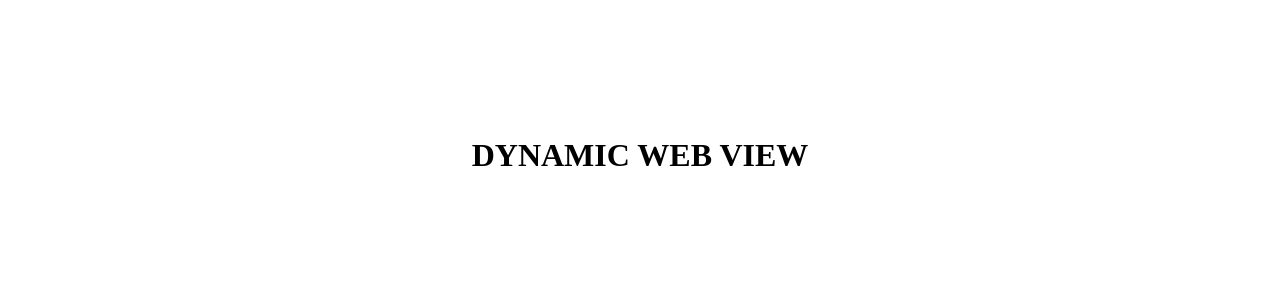
Repository: Ajay12Ajay/Advance_Java
Page: http://localhost/Advance_Web_Project/index.jsp
The author's editor kept a copy of each file at every save. The page is drawn from the files as they stood at one save, then again after the next save.
The browser window is 1280 px wide. The pictures show the whole page.
The page is served by Tomcat 9. Other server files are loaded and not shown.

Above is the page before, as saved 2025-07-23 09:22:22.

### Advance_Java/Advance_Web_Project/WebContent/index.jsp
<%@ page language="java" contentType="text/html; charset=UTF-8"
	pageEncoding="UTF-8"%>
<!DOCTYPE html>
<html>
<head>
<meta charset="UTF-8">
<title>Dynamic Web View</title>
</head>

<body>
	<div align="center">
		<br></br> <br></br> <br></br> <a href="UserRegistrationClt"></a>
		<h1>DYNAMIC WEB VIEW</h1>
	</div>
</body>
</html>

After the next save:
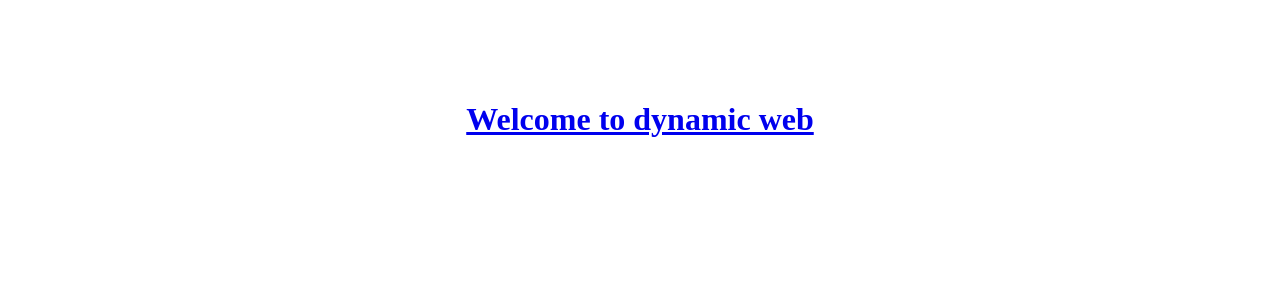
Saved 3 min 10 s later.
--- a/Advance_Java/Advance_Web_Project/WebContent/index.jsp
+++ b/Advance_Java/Advance_Web_Project/WebContent/index.jsp
@@ -8,9 +8,16 @@
 </head>
 
 <body>
+
+	<br>
+	<br>
+	<br>
+	<br>
 	<div align="center">
-		<br></br> <br></br> <br></br> <a href="UserRegistrationClt"></a>
-		<h1>DYNAMIC WEB VIEW</h1>
+		<h1>
+			<a href="UserRegistrationClt">Welcome to dynamic web </a>
+		</h1>
+
 	</div>
 </body>
 </html>
